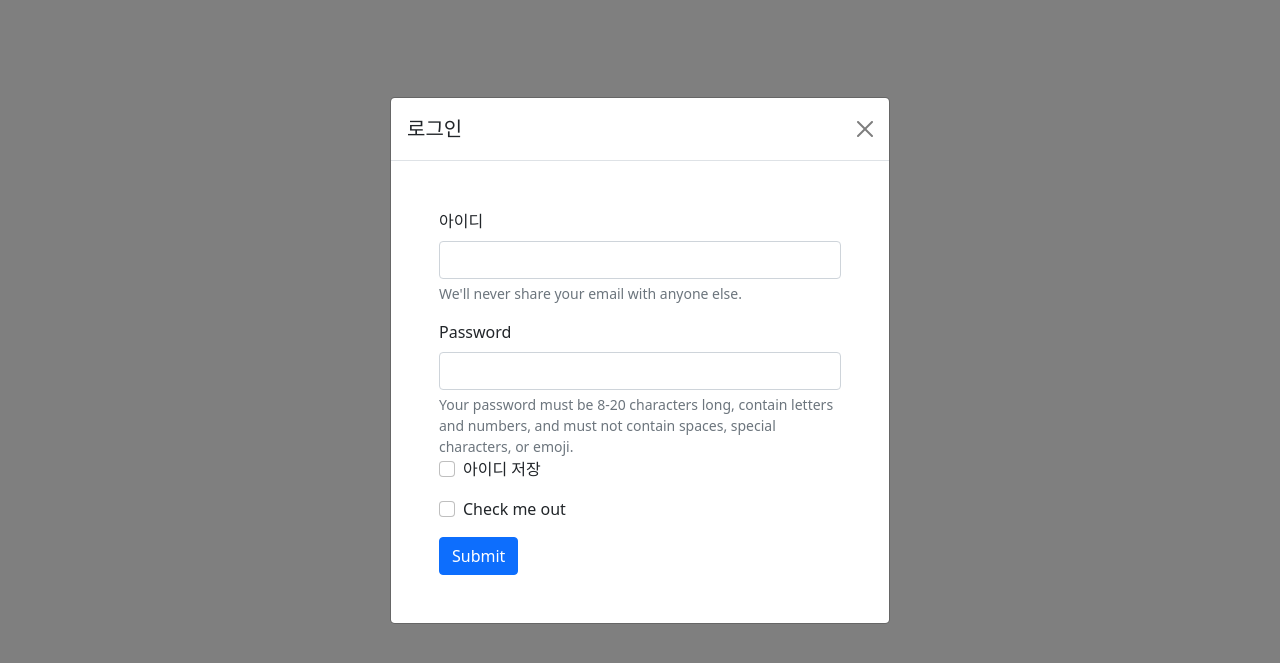
Repository: hyunha95/selfStudy
Page: http://localhost/spring-board/WEB-INF/views/member/login.jsp
These files come from the project's save history. The page is drawn as it stood at one moment and after the next save; the edit follows.
The browser window is 1280 px wide. The pictures show the whole page.
The page is served by Tomcat 9. Nobody is signed in. The template is opened directly, without the code that normally fills it, so the values that code supplies are empty.

Above is the page before, as saved 2022-01-15 07:36:18.

After the next save:
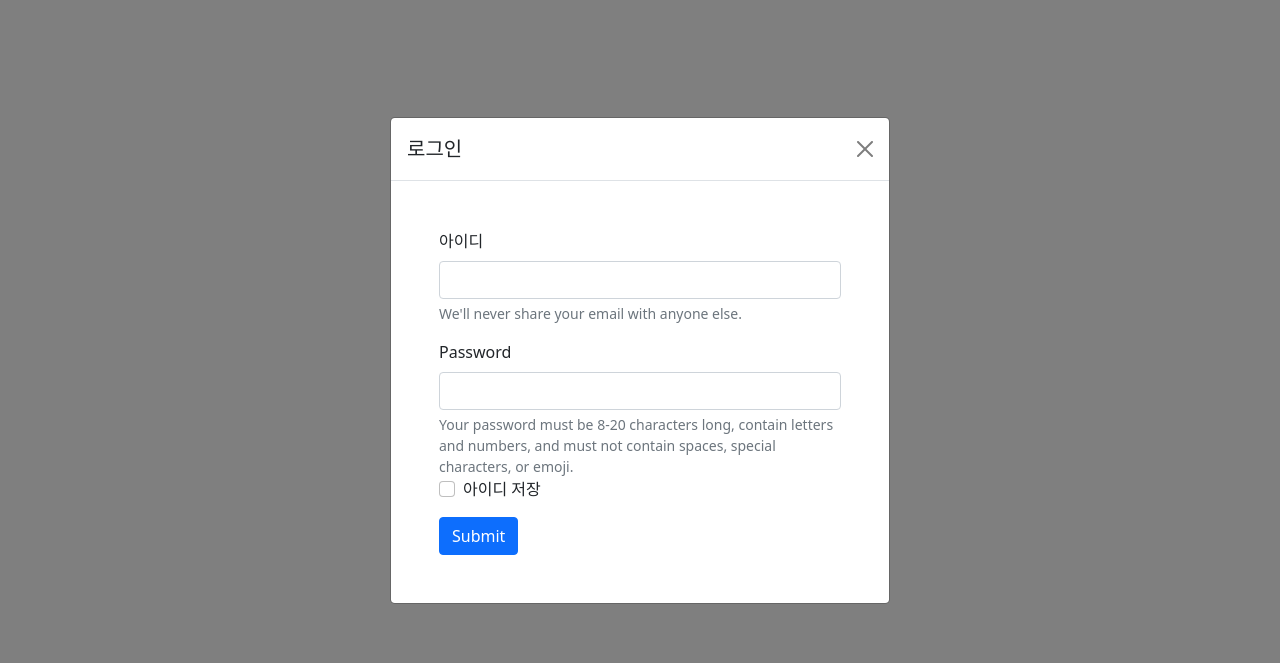
Saved 11 s later.
--- a/spring_workspace/spring-board/src/main/webapp/WEB-INF/views/member/login.jsp
+++ b/spring_workspace/spring-board/src/main/webapp/WEB-INF/views/member/login.jsp
@@ -50,10 +50,6 @@ $(() => {
 			    <label class="form-check-label" for="exampleCheck1">아이디 저장</label>
 			</div>
 			<!-- submit 버튼 -->
-			<div class="mb-3 form-check">
-			    <input type="checkbox" class="form-check-input" id="exampleCheck1">
-			    <label class="form-check-label" for="exampleCheck1">Check me out</label>
-		    </div>
 		    <button type="submit" class="btn btn-primary">Submit</button>
 	      </form:form>
 	    </div>
